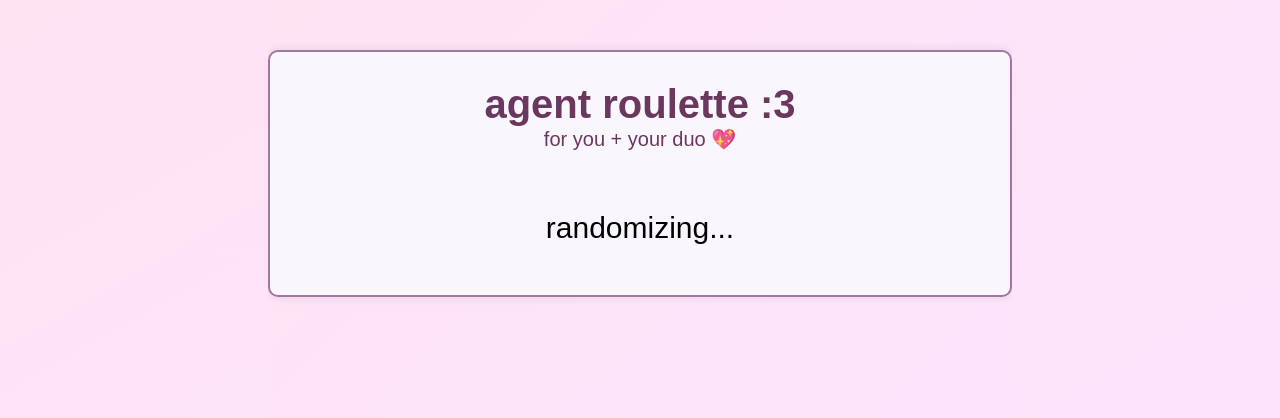
Repository: daizzah/valorant-agent-roulette
Page: index.html
An editor plug-in stored every save of this project. The page is shown before and after a run of saves, followed by the edit.
The browser window is 1280 px wide. The pictures show the whole page.
After loading, the first visible `#randomizeBtn` was clicked once.
Some web fonts or font styles are not loaded; a fallback is used.

Above is the page before, as saved 2025-03-28 13:56:29.

After the next 2 saves:
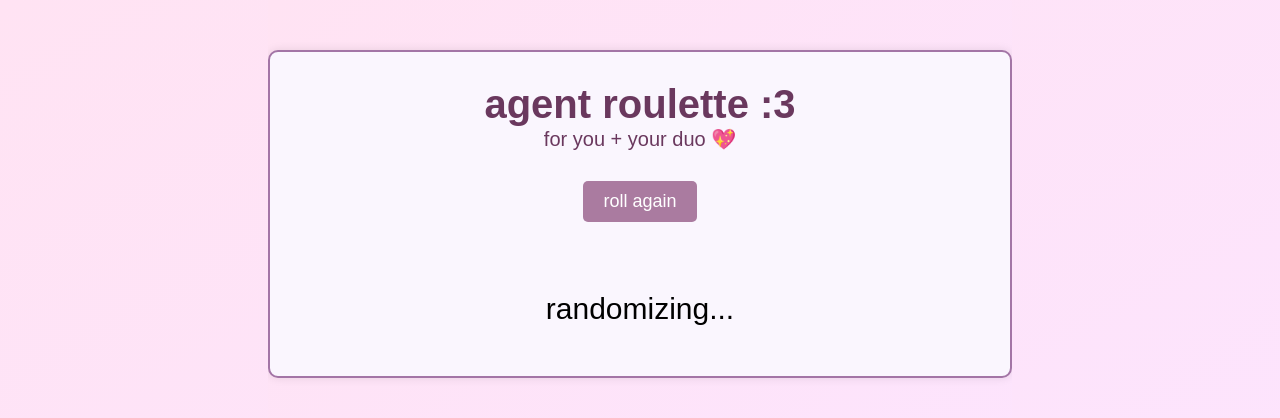
The 2 saves are shown as one change because they came seconds apart.
The last was saved 2 min 40 s later.
--- a/script.js
+++ b/script.js
@@ -51,7 +51,7 @@
     hideImages(player2AgentDiv);
 
     randomizeBtn.addEventListener("click", function () {
-      document.getElementById("randomizeBtn").style.display = "none";
+      randomizeBtn.textContent = "roll again";
       rollSound.play();
       loading();
 
